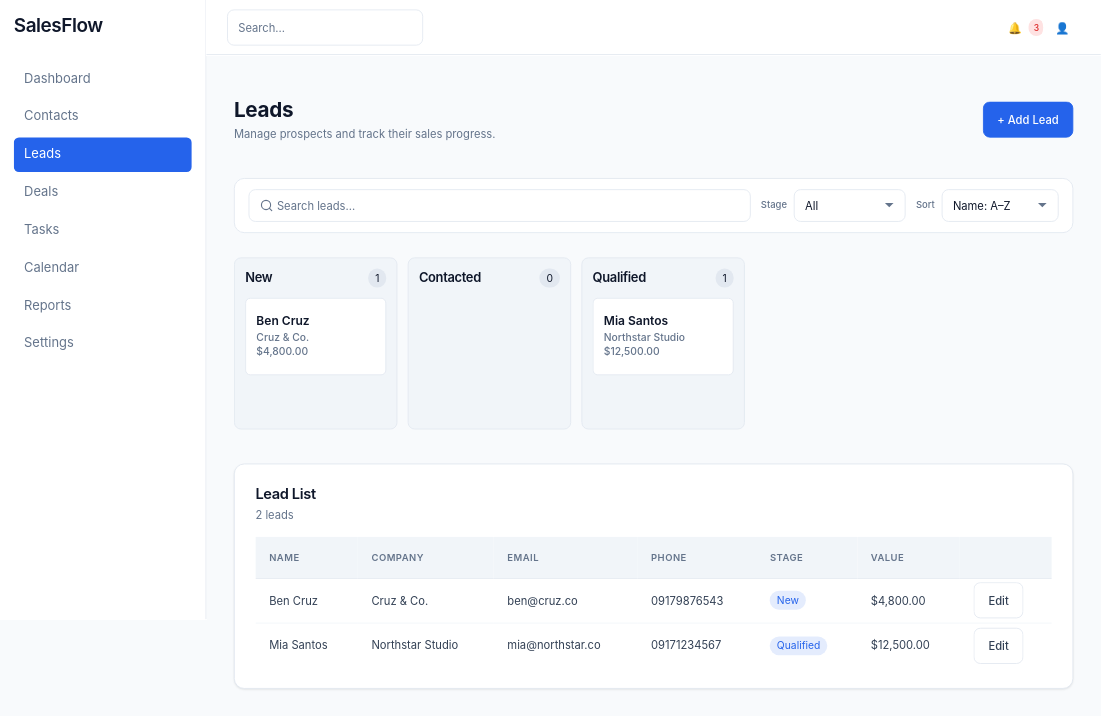
Repository: lawrencegonzaga-dev/salesflow-crm
Page: /leads
These files come from the project's save history. The page is drawn as it stood at one moment and after the next save; the edit follows.
The browser window is 1280 px wide. The pictures show the whole page, at 86% of full size.
The project was rebuilt for these pictures with package versions that can differ from the ones it lists, and the page was loaded fresh each time. Also part of the build but not shown: vite.config.js, src/components/StatCard.jsx, src/components/DashboardLeads.jsx, src/components/DashboardDeals.jsx, src/components/DashboardTasks.jsx, src/components/RecentActivity.jsx, src/pages/Dashboard.jsx, src/components/ContactForm.jsx and 22 more.

Above is the page before, as saved 2026-08-18 18:38:16.

### index.html
<!doctype html>
<html lang="en">
  <head>
    <meta charset="UTF-8" />
    <link rel="icon" type="image/svg+xml" href="/favicon.svg" />
    <meta name="viewport" content="width=device-width, initial-scale=1.0" />
    <title>salesflow-crm</title>
  </head>
  <body>
    <div id="root"></div>
    <script type="module" src="/src/main.jsx"></script>
  </body>
</html>

### src/main.jsx
/* ========================================================= */
/* FILE: src/main.jsx */
/* ========================================================= */

import { StrictMode } from 'react';
import { createRoot } from 'react-dom/client';

import "./styles/main.css";
import App from './App.jsx';
import { CRMProvider } from "./context/CRMContext.jsx";

createRoot(document.getElementById('root')).render(
    <StrictMode>
        <CRMProvider>
            <App />
        </CRMProvider>
    </StrictMode>,
);

### src/styles/main.css
@import "./reset.css";
@import "./variables.css";
@import "./base.css";
@import "./layout.css";
@import "./utilities.css";

@import "./components/sidebar.css";
@import "./components/header.css";
@import "./components/toolbar.css";
@import "./components/button.css";
@import "./components/form.css";
@import "./components/card.css";
@import "./components/badge.css";
@import "./components/table.css";
@import "./components/modal.css";
@import "./components/kanban.css";
@import "./components/calendar.css";
@import "./components/leads.css";
@import "./components/tab.css";
@import "./components/pagination.css";
@import "./crm.css";

/* main.css */

### src/App.jsx
/* ========================================================= */
/* FILE: src/App.jsx */
/* ========================================================= */

import { BrowserRouter, Routes, Route } from "react-router-dom";

import Dashboard from "./pages/Dashboard";
import Contacts from "./pages/Contacts";
import Leads from "./pages/Leads";
import Deals from "./pages/Deals";
import Tasks from "./pages/Tasks";
import Calendar from "./pages/Calendar";
import Reports from "./pages/Reports";
import Settings from "./pages/Settings";
import AppLayout from "./layouts/AppLayout";

function App() {
    return (
        <BrowserRouter>
            <Routes>
                <Route element={<AppLayout />}>
                    <Route path="/" element={<Dashboard />} />
                    <Route path="/dashboard" element={<Dashboard />} />
                    <Route path="/contacts" element={<Contacts />} />
                    <Route path="/leads" element={<Leads />} />
                    <Route path="/deals" element={<Deals />} />
                    <Route path="/tasks" element={<Tasks />} />
                    <Route path="/calendar" element={<Calendar />} />
                    <Route path="/reports" element={<Reports />} />
                    <Route path="/settings" element={<Settings />} />
                </Route>
            </Routes>
        </BrowserRouter>
    );
}

export default App;

### src/styles/reset.css
*,
*::before,
*::after {
  box-sizing: border-box;
}

html {
  -webkit-text-size-adjust: 100%;
}

body {
  margin: 0;
  background: var(--color-page);
  color: var(--color-text);
  font-family: var(--font-family);
  font-size: 16px;
  line-height: 1.5;

  -webkit-font-smoothing: antialiased;
  text-rendering: optimizeLegibility;
}

#root {
  min-height: 100vh;
}

h1, h2, h3, h4, h5, h6, p {
  margin: 0;
}

img, svg, video {
  display: block;
  max-width: 100%;
}

a {
  color: inherit;
}

### src/styles/utilities.css
.container {
  width: min(100%, var(--content-max-width));
  margin-inline: auto;
}

.visually-hidden {
  position: absolute;
  width: 1px;
  height: 1px;
  padding: 0;
  margin: -1px;
  overflow: hidden;
  clip: rect(0, 0, 0, 0);
  white-space: nowrap;
  border: 0;
}

### src/styles/components/sidebar.css
.app-sidebar {
  width: var(--sidebar-width);
  height: 100vh;

  padding: var(--sidebar-padding);

  display: flex;
  flex-direction: column;

  background: var(--color-surface);
  border-right: 1px solid var(--color-border);
  color: var(--color-text);
}

.app-sidebar h2 {
  margin: 0 0 28px;
  font-size: 22px;
  letter-spacing: -.5px;
}

.sidebar-nav {
  display: flex;
  flex-direction: column;
  gap: 4px;

  overflow-y: auto;
}

.sidebar-nav_item {
  min-height: var(--nav-item-height);

  display: flex;
  align-items: center;

  padding: var(--nav-item-padding);
  gap: var(--nav-item-gap);

  color: var(--color-text-muted);
  text-decoration: none;
  border-radius: var(--radius-sm);

  transition: background var(--transition-fast), color var(--transition-fast);
}

.sidebar-nav_item:hover {
  background: var(--color-surface-muted);
  color: var(--color-text);
}

.sidebar-nav_item.active {
  background: var(--color-action);
  color: white;
}

### src/styles/components/header.css
.app-header {
  height: var(--header-height);

  display: flex;
  align-items: center;
  justify-content: space-between;

  padding: var(--header-padding);

  background: var(--color-surface);
  border-bottom: 1px solid var(--color-border);
  color: var(--color-text);
}

.app-header_left,
.app-header_right {
  display: flex;
  align-items: center;
  gap: var(--header-item-gap);
}

.menu-button {
  display: none;
}

@media (max-width: 768px) {
  .app-header {
    padding: 0 16px;
  }

  .app-header_right {
    display: none;
  }

  .menu-button {
    display: inline-grid;
    width: 40px;
    height: 40px;
    place-items: center;
    padding: 0;
    font-size: 20px;
    border-radius: var(--radius-sm);
  }
}
/* header.css */

### src/styles/components/toolbar.css
/* ========================================================= */
/* FILE: src/styles/components/toolbar.css */
/* ========================================================= */

.toolbar {
  display: flex;
  flex-wrap: wrap;
  align-items: center;
  gap: var(--space-3);
  padding: var(--space-3) var(--space-4);
  background: var(--color-surface);
  border: 1px solid var(--color-border);
  border-radius: var(--radius-lg);
}

.toolbar .search-field {
  flex: 1 1 260px;
  min-width: 160px;
}

.toolbar .search-field input {
  min-height: 38px;
  height: 38px;
  padding-left: var(--space-8);
  background-image: url("data:[embedded picture, 278 characters]");
  background-repeat: no-repeat;
  background-position: var(--space-3) center;
  background-size: 16px;
}

.toolbar .filter-group {
  display: flex;
  align-items: center;
  gap: var(--space-2);
}

.toolbar .filter-group label {
  font-size: var(--text-xs);
  font-weight: var(--font-weight-medium);
  color: var(--color-text-muted);
  white-space: nowrap;
}

.toolbar select {
  min-height: 38px;
  height: 38px;
  min-width: 130px;
}

/* ================================
   TOOLBAR VARIANTS
   ================================ */

.toolbar--compact {
  padding: var(--space-2) var(--space-3);
  gap: var(--space-2);
}

.toolbar--compact select {
  min-height: 34px;
  height: 34px;
  min-width: 110px;
  font-size: var(--text-xs);
}

.toolbar--compact .search-field input {
  min-height: 34px;
  height: 34px;
  font-size: var(--text-xs);
}

/* ================================
   PAGE TOOLBAR
   ================================ */

.page-toolbar {
  display: flex;
  align-items: center;
  justify-content: space-between;
  gap: var(--space-4);
  flex-wrap: wrap;
}

.page-toolbar-left,
.page-toolbar-right {
  display: flex;
  align-items: center;
  gap: var(--space-3);
  flex-wrap: wrap;
}

/* ================================
   RESPONSIVE
   ================================ */

@media (max-width: 768px) {
  .toolbar {
    flex-direction: column;
    align-items: stretch;
  }

  .toolbar .search-field {
    flex: 1 1 auto;
    min-width: auto;
  }

  .toolbar .filter-group {
    flex-wrap: wrap;
  }

  .toolbar select {
    flex: 1 1 auto;
    min-width: auto;
  }

  .page-toolbar {
    flex-direction: column;
    align-items: stretch;
  }

  .page-toolbar-left,
  .page-toolbar-right {
    flex-wrap: wrap;
  }
}

/* toolbar.css */

### src/styles/components/badge.css
/* ========================================================= */
/* FILE: src/styles/components/badge.css */
/* ========================================================= */

.badge {
  display: inline-flex;
  align-items: center;
  gap: var(--space-1);
  min-height: 24px;
  padding: 0 var(--space-2-5);
  font-size: var(--text-xs);
  font-weight: var(--font-weight-medium);
  line-height: 1;
  border-radius: var(--radius-full);
  white-space: nowrap;
  transition: all var(--transition-fast);
}

/* ================================
   BADGE VARIANTS
   ================================ */

.badge--primary {
  color: var(--color-action);
  background: var(--color-action-light);
}

.badge--success {
  color: var(--color-success);
  background: var(--color-success-light);
}

.badge--warning {
  color: var(--color-warning);
  background: var(--color-warning-light);
}

.badge--danger {
  color: var(--color-danger);
  background: var(--color-danger-light);
}

.badge--info {
  color: var(--color-info);
  background: var(--color-info-light);
}

.badge--neutral {
  color: var(--color-text-muted);
  background: var(--color-surface-muted);
}

.badge--dark {
  color: var(--color-text-inverse);
  background: var(--color-text);
}

/* ================================
   BADGE SIZES
   ================================ */

.badge--sm {
  min-height: 20px;
  padding: 0 var(--space-1-5);
  font-size: 10px;
}

.badge--lg {
  min-height: 28px;
  padding: 0 var(--space-3-5);
  font-size: var(--text-sm);
}

/* ================================
   DOT BADGE
   ================================ */

.badge--dot {
  padding-left: var(--space-1-5);
}

.badge--dot::before {
  content: "";
  display: inline-block;
  width: 6px;
  height: 6px;
  border-radius: 50%;
  margin-right: var(--space-1);
}

.badge--primary.badge--dot::before {
  background: var(--color-action);
}

.badge--success.badge--dot::before {
  background: var(--color-success);
}

.badge--warning.badge--dot::before {
  background: var(--color-warning);
}

.badge--danger.badge--dot::before {
  background: var(--color-danger);
}

/* ================================
   BADGE WITH COUNT
   ================================ */

.badge--count {
  min-width: 24px;
  justify-content: center;
  padding: 0 var(--space-1-5);
  border-radius: var(--radius-full);
  font-size: var(--text-xs);
  font-weight: var(--font-weight-bold);
}

/* badge.css */

### src/styles/components/leads.css
.lead-pipeline {
  display: grid;
  grid-template-columns: repeat(6, minmax(190px, 1fr));
  gap: 12px;
  overflow-x: auto;
  padding: 4px 0 16px;
}

.lead-pipeline__stage {
  min-width: 190px;
  background: var(--color-surface-muted);
  border: 1px solid var(--color-border);
  border-radius: var(--radius-md);
  padding: 12px;
   min-height: 200px;
}

.lead-pipeline__stage header {
  display: flex;
  align-items: center;
  justify-content: space-between;
}

.lead-pipeline__stage h2 {
  font-size: 15px;
  margin: 0;
}

.lead-pipeline__stage header span {
  border-radius: var(--radius-full);
  background: var(--color-border);
  padding: 2px 8px;
  font-size: 12px;
}

.lead-pipeline__items {
  display: grid;
  gap: 8px;
  margin-top: 12px;
}

.lead-pipeline__card {
  display: block;
  width: 100%;
  text-align: left;
  padding: 12px;
  min-height: 90px;
  background: var(--color-surface);
  border: 1px solid var(--color-border);
  border-radius: var(--radius-sm);
  cursor: pointer;
  color: inherit;
  transition: border-color var(--transition-fast);
}

.lead-pipeline__card:hover,
.lead-pipeline__card:focus-visible {
  border-color: var(--color-action);
  outline: none;
}

.lead-pipeline__card h3 {
  margin: 0 0 4px;
  font-size: 14px;
}

.lead-pipeline__card p {
  font-size: 12px;
  margin: 2px 0;
  color: var(--color-text-muted);
}

.lead-table-wrap {
  overflow-x: auto;
}

.lead-table__empty {
  padding: 32px;
  text-align: center;
  color: var(--color-text-muted);
}

.lead-stage {
  display: inline-block;
  border-radius: var(--radius-full);
  background: color-mix(in srgb, var(--color-action) 12%, transparent);
  color: var(--color-action);
  padding: 2px 8px;
  font-size: 12px;
}
/* leads.css */

### src/styles/components/tab.css
.tabs {
    display: flex;
    gap: 24px;
    border-bottom: 1px solid var(--color-border);
    margin-bottom: 24px;
}

.tab {
    position: relative;

    padding: 12px 4px;

    border: 0;
    background: transparent;

    color: var(--color-text-muted);
    font: inherit;
    font-weight: 500;

    cursor: pointer;
}

.tab--active {
    color: var(--color-text);
}

.tab--active::after {
    content: "";

    position: absolute;
    left: 0;
    right: 0;
    bottom: -1px;

    height: 2px;

    background: currentColor;
}

.tab-count {
    margin-left: 8px;
    font-size: 0.875rem;
}

### src/styles/components/pagination.css
.pagination {
    display: flex;
    align-items: center;
    justify-content: space-between;

    padding: 16px 0 0;
    margin-top: 16px;

    border-top: 1px solid var(--color-border);
}

.pagination-pages {
    display: flex;
    gap: 4px;
}

.pagination-page {
    min-width: 36px;
    height: 36px;

    border: 1px solid var(--color-border);
    border-radius: var(--radius-md);

    background: transparent;

    cursor: pointer;
}

.pagination-page--active {
    background: var(--color-primary);
    color: white;
}

.pagination button:disabled {
    opacity: 0.5;
    cursor: not-allowed;
}

### src/layouts/AppLayout.jsx
/* ========================================================= */
/* FILE: src/layouts/AppLayout.jsx */
/* ========================================================= */

import { useState } from "react";
import { Outlet } from "react-router-dom";

import Sidebar from "../components/Sidebar";
import Header from "../components/Header";

function AppLayout() {
    const [isNavigationOpen, setIsNavigationOpen] = useState(false);

    return (
        <div className="app-layout">
            <Sidebar
                isOpen={isNavigationOpen}
                onNavigate={() => setIsNavigationOpen(false)}
            />

            <Header
                isNavigationOpen={isNavigationOpen}
                onMenuToggle={() => setIsNavigationOpen((isOpen) => !isOpen)}
            />

            <main className="app-main">
                <div className="app-main-content">
                    <Outlet />
                </div>
            </main>

            {isNavigationOpen && (
                <button
                    className="navigation-backdrop"
                    type="button"
                    aria-label="Close navigation"
                    onClick={() => setIsNavigationOpen(false)}
                />
            )}
        </div>
    );
}

export default AppLayout;

### src/components/LeadTable.jsx
import LeadRow from "./LeadRow";

function LeadTable({ leads, onDeleteLead, onEditLead }) {
    return <div className="lead-table-wrap"><table className="table"><thead><tr><th>Name</th><th>Company</th><th>Email</th><th>Phone</th><th>Stage</th><th>Value</th><th aria-label="Actions" /></tr></thead><tbody>{leads.length ? leads.map((lead) => <LeadRow key={lead.id} lead={lead} onDeleteLead={onDeleteLead} onEditLead={onEditLead} />) : <tr><td className="lead-table__empty" colSpan="7">No leads match your search or filter.</td></tr>}</tbody></table></div>;
}

export default LeadTable;

### src/components/LeadPipeline.jsx
const stages = ["New", "Contacted", "Qualified"];

function LeadPipeline({ leads, onEditLead }) {
  return (
    <div className="lead-pipeline">
      {stages.map((stage) => {
        const stageLeads = leads.filter((lead) => lead.stage === stage);

        return (
          <section className="lead-pipeline__stage" key={stage}>
            <header>
              <h2>{stage}</h2>
              <span>{stageLeads.length}</span>
            </header>

            <div className="lead-pipeline__items">
              {stageLeads.map((lead) => (
                <button
                  type="button"
                  className="lead-pipeline__card"
                  key={lead.id}
                  onClick={() => onEditLead(lead)}
                  title={`Edit ${lead.name}`}
                >
                  <h3>{lead.name}</h3>
                  <p>{lead.company}</p>
                  <p>
                    {Number(lead.value || 0).toLocaleString(undefined, {
                      style: "currency",
                      currency: "USD",
                    })}
                  </p>
                </button>
              ))}
            </div>
          </section>
        );
      })}
    </div>
  );
}

export default LeadPipeline;

### src/components/Sidebar.jsx
import { NavLink } from "react-router-dom";
import navigation from "../data/navigation";

function Sidebar({ isOpen, onNavigate }) {
    return (
        <aside className={`app-sidebar ${isOpen ? "app-sidebar--open" : ""}`}>
            <h2>SalesFlow</h2>

            <nav className="sidebar-nav">
                {navigation.map((item) => (
                    <NavLink
                        key={item.path}
                        to={item.path}
                        className="sidebar-nav_item"
                        onClick={onNavigate}
                    >
                        {item.label}
                    </NavLink>
                ))}
            </nav>
        </aside>
    );
}

export default Sidebar;

### src/components/Header.jsx
/* ========================================================= */
/* FILE: src/components/Header.jsx */
/* ========================================================= */

import { useState } from "react";

function Header({ isNavigationOpen, onMenuToggle }) {
    const [searchQuery, setSearchQuery] = useState("");

    return (
        <header className="app-header">
            <div className="app-header-left">
                <button
                    className="menu-button"
                    type="button"
                    aria-label="Toggle navigation"
                    aria-expanded={isNavigationOpen}
                    onClick={onMenuToggle}
                >
                    ☰
                </button>

                <div className="header-search">
                    <input
                        type="text"
                        placeholder="Search..."
                        value={searchQuery}
                        onChange={(e) => setSearchQuery(e.target.value)}
                        className="header-search-input"
                    />
                </div>
            </div>

            <div className="app-header-right">
                <button className="button button--ghost button--icon" aria-label="Notifications">
                    🔔
                    <span className="badge badge--danger badge--sm">3</span>
                </button>
                <button className="button button--ghost button--icon" aria-label="Profile">
                    👤
                </button>
            </div>
        </header>
    );
}

export default Header;

### src/components/LeadRow.jsx
function LeadRow({ lead, onDeleteLead, onEditLead }) {
    const value = Number(lead.value || 0).toLocaleString(undefined, {
        style: "currency",
        currency: "USD",
    });

    return (
        <tr>
            <td>{lead.name}</td>
            <td>{lead.company}</td>
            <td>{lead.email}</td>
            <td>{lead.phone || "—"}</td>
            <td>
                <span className="lead-stage">
                    {lead.stage}
                </span>
            </td>
            <td>{value}</td>
            <td>
                <button
                    type="button"
                    onClick={() => onEditLead(lead)}
                >
                    Edit
                </button>

                {/* <button
                    type="button"
                    onClick={() => onDeleteLead(lead.id)}
                >
                    Delete
                </button> */}
            </td>
        </tr>
    );
}

export default LeadRow;

Loaded but not shown: src/data/navigation.js (48 lines, source omitted); src/context/CRMContext.jsx (453 lines, source omitted); src/styles/crm.css (441 lines, source omitted); src/styles/variables.css (230 lines, source omitted); src/pages/Leads.jsx (161 lines, source omitted); src/styles/components/modal.css (221 lines, source omitted); src/styles/components/form.css (194 lines, source omitted); src/styles/layout.css (206 lines, source omitted); src/styles/components/button.css (158 lines, source omitted); src/styles/components/table.css (162 lines, source omitted); src/styles/base.css (167 lines, source omitted); src/styles/components/card.css (154 lines, source omitted); src/styles/components/kanban.css (161 lines, source omitted); src/styles/components/calendar.css (148 lines, source omitted)

After the next save:
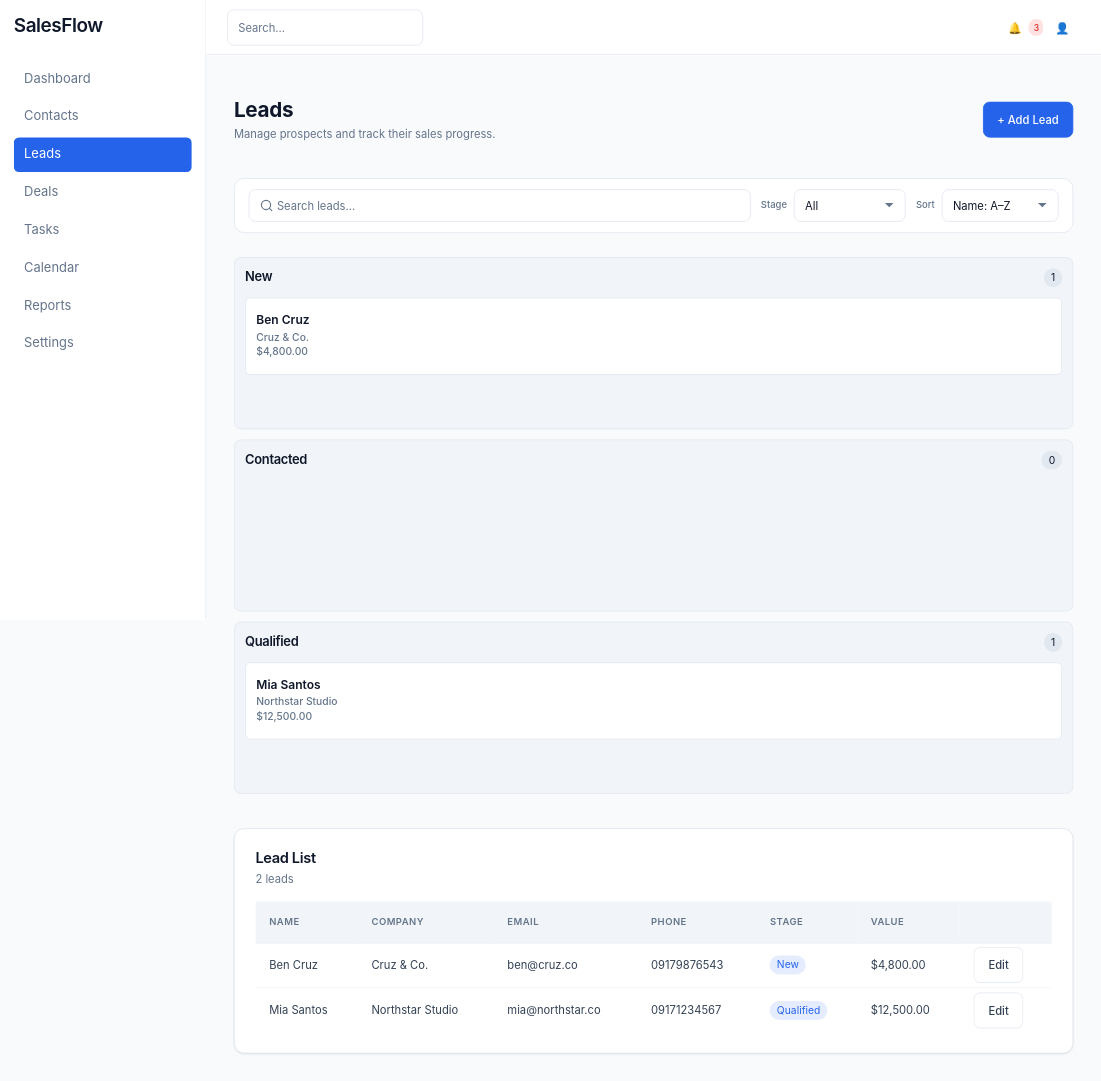
Saved 30 s later.
--- a/src/styles/components/leads.css
+++ b/src/styles/components/leads.css
@@ -1,6 +1,6 @@
 .lead-pipeline {
   display: grid;
-  grid-template-columns: repeat(6, minmax(190px, 1fr));
+  grid-template-columns: repeat(6, minmax(1fr, 190px));
   gap: 12px;
   overflow-x: auto;
   padding: 4px 0 16px;

After the save that followed:
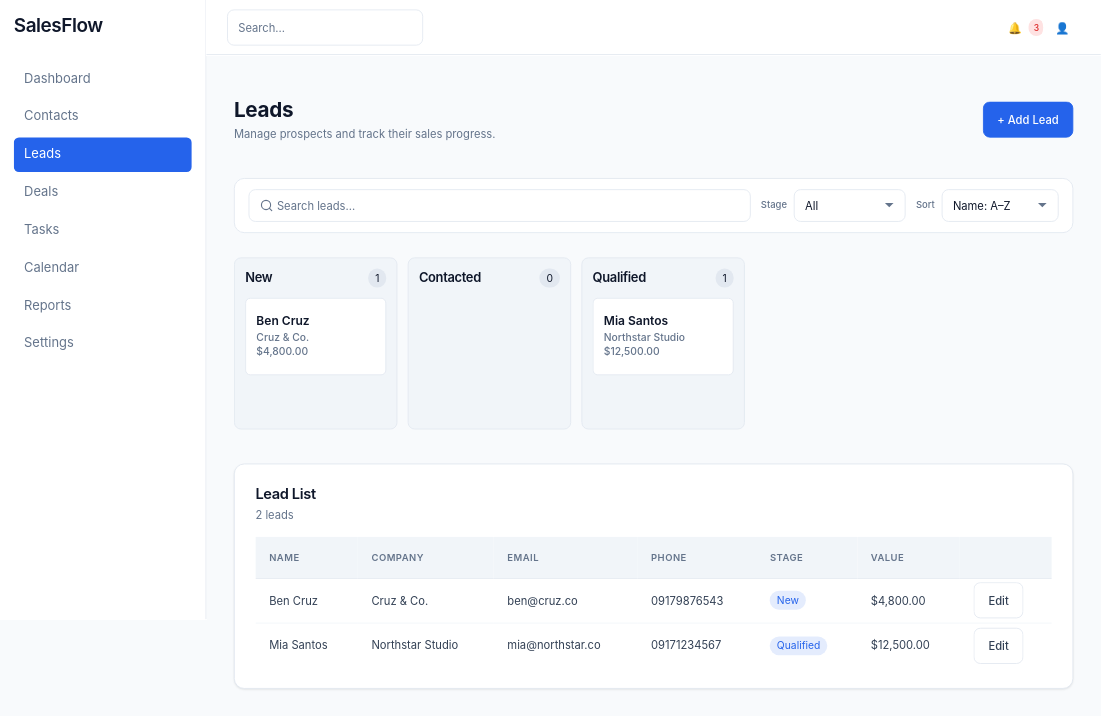
Saved 9 s later.
--- a/src/styles/components/leads.css
+++ b/src/styles/components/leads.css
@@ -1,6 +1,6 @@
 .lead-pipeline {
   display: grid;
-  grid-template-columns: repeat(6, minmax(1fr, 190px));
+  grid-template-columns: repeat(6, minmax(190px, 1fr));
   gap: 12px;
   overflow-x: auto;
   padding: 4px 0 16px;
